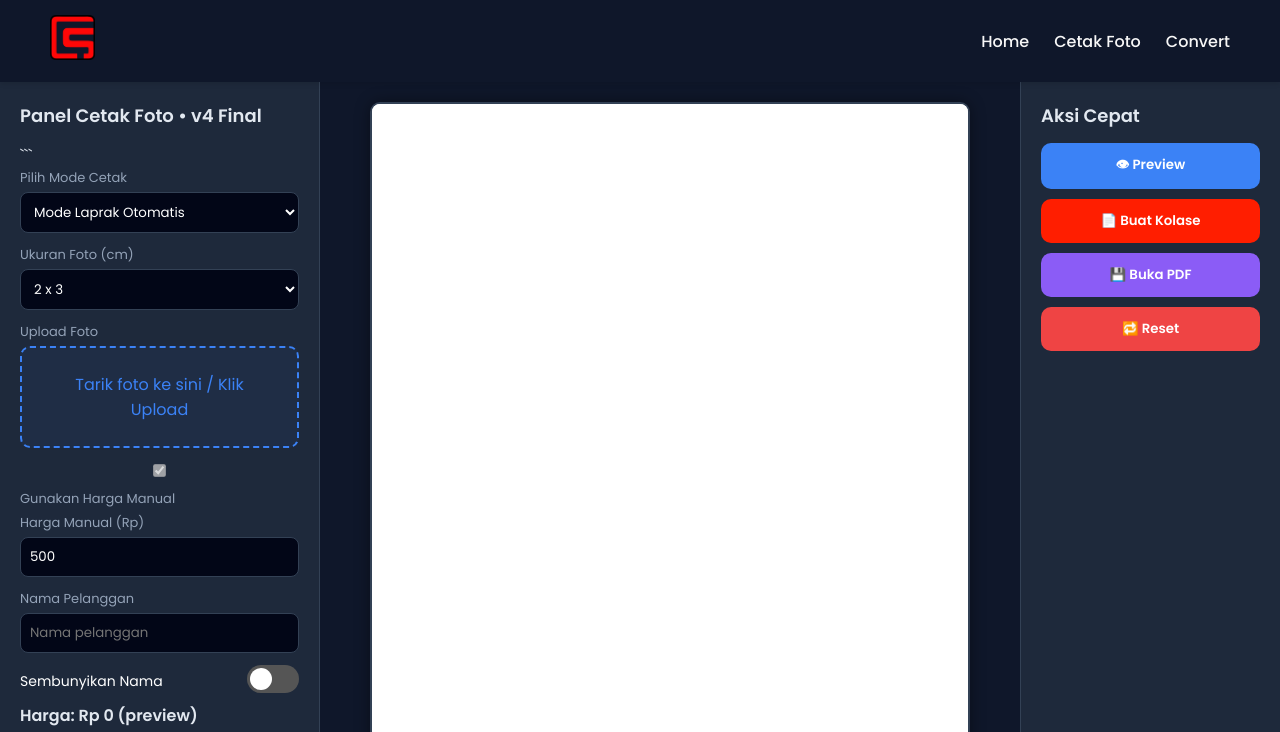
Repository: procinema22/hiisedulurfc
Page: cetakfoto.html
An editor plug-in stored every save of this project. The page is shown before and after the next save, followed by the edit.
The browser window is 1280 px wide. The pictures show the whole page.
An inner scrolling area shows only its first screen.

Above is the page before, as saved 2026-04-27 22:22:41.

### cetakfoto.html
<!DOCTYPE html>

<html lang="id">
<head>
<meta charset="UTF-8">
<meta name="viewport" content="width=device-width, initial-scale=1.0">
<title>SEDULUR FOTO COPY – Cetak Foto</title>
<link rel="icon" type="image/png" href="img/loggo/sdlr.png">
<link href="https://fonts.googleapis.com/css2?family=Poppins:wght@400;500;600;700&display=swap" rel="stylesheet">
<link rel="stylesheet" href="css/cetak.css">
<script src="https://cdn.jsdelivr.net/npm/exif-js"></script>
<script src="https://cdnjs.cloudflare.com/ajax/libs/jspdf/2.5.1/jspdf.umd.min.js"></script>
</head>
<body>
<header>
  <div class="logo"><a href="index.html"><img src="img/loggo/sdlr.png" alt="Sedulur Foto Copy"></a></div>
  <nav>
    <ul>
      <li><a href="index.html">Home</a></li>
      <li><a href="cetakfoto.html" class="active">Cetak Foto</a></li>
      <li><a href="convert-image.html">Convert</a></li>
    </ul>
  </nav>
</header>
<div class="layout">
  <aside class="left-panel">
    <h2 class="section-title">Panel Cetak Foto • v4 Final</h2>

```
<label>Pilih Mode Cetak</label>
<select id="modeSelect">
  <option value="normal">Mode Laprak Otomatis</option>
  <option value="perfoto">Mode Pas Foto</option>
  <option value="circle">Mode Lingkaran</option>
</select>

<div id="circleControls" style="display:none;">
  <label>Diameter Lingkaran (cm)</label>
  <input id="circleDiameter" type="number" value="4">
</div>

<label>Ukuran Foto (cm)</label>
<select id="sizeSelect">
  <option value="2x3">2 x 3</option>
  <option value="3x4">3 x 4</option>
  <option value="4x6">4 x 6</option>
  <option value="5x5">5 x 5</option>
  <option value="6x9">6 x 9</option>
  <option value="10x15">10 x 15</option>
  <option value="custom">Custom</option>
</select>

<div id="customSize" style="display:none; gap:10px;">
  <input id="customW" type="number" placeholder="Lebar (cm)">
  <input id="customH" type="number" placeholder="Tinggi (cm)">
</div>

<label>Upload Foto</label>
<div id="dropArea" class="drop-area">Tarik foto ke sini / Klik Upload</div>
<input id="upload" type="file" multiple accept="image/*" hidden>

<label class="inline-check"><input type="checkbox" id="manualHargaCheckbox"> Gunakan Harga Manual</label>

<div id="manualHargaBox" style="display:none;">
  <label>Harga Manual (Rp)</label>
  <input id="manualHargaInput" type="number" value="500" min="500" step="500">
</div>

<label>Nama Pelanggan</label>
<input id="userName" type="text" placeholder="Nama pelanggan">


<div class="switch-wrap">
  <span>Sembunyikan Nama</span>
  <label class="switch">
    <input type="checkbox" id="hideInfo">
    <span class="slider"></span>
  </label>
</div>

<div class="price" id="priceDisplay">Harga: Rp 0</div>
<div id="batchList"></div>

<div class="accordion">

  <button type="button" class="accordion-btn" onclick="toggleMargin()">
    Margin Kertas ▼
  </button>

  <div id="marginSection" class="accordion-content">

    <label>Margin Atas (mm)</label>
    <input id="marginTop" type="number" value="5">

    <label>Margin Bawah (mm)</label>
    <input id="marginBottom" type="number" value="5">

    <label>Margin Kiri (mm)</label>
    <input id="marginLeft" type="number" value="5">

    <label>Margin Kanan (mm)</label>
    <input id="marginRight" type="number" value="5">

    <label>Gap antar foto (px)</label>
    <input id="gap" type="number" value="5">

  </div>

</div>




<label class="inline-check"><input type="checkbox" checked disabled> Hubungi admin untuk menghilangkan watermark</label>
```

  </aside>

  <section class="center-panel">
    <canvas id="canvas" width="1240" height="1754"></canvas>
    <div class="page-nav" id="pageNav" style="display:none;">
      <button id="prevPage">⬅</button>
      <div id="pageIndicator">Halaman 1 / 1</div>
      <button id="nextPage">➡</button>
    </div>
  </section>

  <aside class="right-panel">
    <h2 class="section-title">Aksi Cepat</h2>
    <button id="previewBtn" class="btn blue">👁 Preview</button>
    <button id="generateBtn" class="btn green">📄 Buat Kolase</button>
    <button id="downloadPdf" class="btn purple">💾 Buka PDF</button>
    <button id="reset" class="btn red">🔁 Reset</button>
  </aside>
</div>
<div id="loadingOverlay"><div class="loader"></div><p>Memproses... tunggu sebentar ya</p></div>
<div id="toast"></div>
<script src="js/script.js"></script>
</body>
</html>

### css/cetak.css
/* ============ ROOT & GLOBAL ============ */
:root {
    --bg: #0f172a;
    --card: #1e293b;
    --border: #334155;
    --text: #e2e8f0;
    --muted: #94a3b8;
    --blue: #3b82f6;
    --green: #ff1e00;
    --purple: #8b5cf6;
    --red: #ef4444;
    --shadow: rgba(0,0,0,.4);
  }

  *{
    margin:0;
    padding:0;
    box-sizing:border-box;
    font-family:"Poppins",sans-serif;
  }

  body{
    background:var(--bg);
    color:var(--text);
    overflow-x:hidden;
  }

  /* ===============================
   NAVBAR
================================ */
header {
  display: flex;
  align-items: center;
  justify-content: space-between;
  padding: 15px 50px;
  background-color: var(--bg);
  box-shadow: 0 2px 5px rgba(0,0,0,0.1);
  position: sticky;
  top: 0;
  z-index: 100;
}

.logo {
  display: flex;
  align-items: center;
  gap: 10px;
}

.logo img {
  height: 45px;
  width: auto;
}

nav ul {
  list-style: none;
  display: flex;
  gap: 25px;
}

nav a {
  text-decoration: none;
  color: #f7f7f7;
  font-weight: 500;
}

nav a:hover {
  color: #b70d0d;
}

.search-box {
  display: flex;
  border: 1px solid #ddd;
  border-radius: 25px;
  overflow: hidden;
  width: 260px;
}

.search-box input {
  border: none;
  padding: 8px 15px;
  width: 100%;
  outline: none;
}

.search-box button {
  background: #b70d0d;
  color: rgb(0, 0, 0);
  border: none;
  padding: 8px 15px;
  cursor: pointer;
}

  /* ============ LAYOUT ============ */
  .layout{
    display:grid;
    grid-template-columns:320px 1fr 260px;
    height:calc(100vh - 70px);
  }

  /* ============ LEFT PANEL ============ */
  .left-panel{
    background:var(--card);
    padding:20px;
    border-right:1px solid var(--border);
    overflow-y:auto;
  }

  .left-panel label{
    font-size:13px;
    color:var(--muted);
    margin-bottom:4px;
    display:block;
  }

  .left-panel input,
  .left-panel select{
    width:100%;
    padding:9px;
    border-radius:8px;
    border:1px solid var(--border);
    background:#020617;
    color:white;
    margin-bottom:12px;
  }

  .section-title{
    font-size:18px;
    font-weight:600;
    margin-bottom:14px;
  }

  /* DROP AREA */
  .drop-area{
    border:2px dashed var(--blue);
    padding:24px;
    text-align:center;
    border-radius:10px;
    color:var(--blue);
    background:rgba(59,130,246,.05);
    cursor:pointer;
    margin-bottom:15px;
  }

  .drop-area:hover{
    background:rgba(59,130,246,.15);
  }

  /* PRICE */
  .price{
    font-size:16px;
    font-weight:600;
    margin-top:6px;
  }

  /* ============ CENTER PANEL ============ */
  .center-panel{
    padding:20px;
    display:flex;
    flex-direction:column;
    align-items:center;
    overflow-y:auto;
  }

  canvas{
    width:100%;
    max-width:600px;
    background:white;
    border-radius:10px;
    border:2px solid var(--border);
    box-shadow:0 0 15px var(--shadow);
  }

  /* PAGE NAV */
  .page-nav{
    display:flex;
    gap:14px;
    margin-top:12px;
  }

  .page-nav button{
    padding:8px 14px;
    border:none;
    border-radius:8px;
    background:var(--blue);
    color:white;
    cursor:pointer;
  }

  /* ============ RIGHT PANEL ============ */
  .right-panel{
    background:var(--card);
    padding:20px;
    border-left:1px solid var(--border);
    overflow-y:auto;
  }

  .btn{
    width:100%;
    padding:12px;
    border:none;
    border-radius:10px;
    font-weight:600;
    cursor:pointer;
    margin-bottom:10px;
    color:white;
  }

  .blue{background:var(--blue)}
  .green{background:var(--green)}
  .purple{background:var(--purple)}
  .red{background:var(--red)}

  /* ============ LOADER & TOAST ============ */
  #loadingOverlay{
    position:fixed;
    inset:0;
    background:rgba(0,0,0,.7);
    display:none;
    flex-direction:column;
    justify-content:center;
    align-items:center;
    z-index:9999;
  }

  .loader{
    width:60px;
    height:60px;
    border-radius:50%;
    border:6px solid #fff;
    border-top:6px solid var(--blue);
    animation:spin 1s linear infinite;
  }

  @keyframes spin{
    to{transform:rotate(360deg)}
  }

  #toast{
    position:fixed;
    bottom:20px;
    right:20px;
    padding:12px 18px;
    background:var(--card);
    border-left:5px solid var(--blue);
    border-radius:10px;
    opacity:0;
    transition:.3s;
    z-index:10000;
  }

  #toast.show{
    opacity:1;
    transform:translateY(-6px);
  }

  /* ============ PRINT A4 MODE ============ */
  @media print{
    header,
    .left-panel,
    .right-panel,
    .page-nav,
    #toast,
    #loadingOverlay{
      display:none !important;
    }

    body{
      background:white;
      overflow:visible;
    }

    .layout{
      display:block;
      height:auto;
    }

    canvas{
      width:210mm !important;
      height:297mm !important;
      max-width:none;
      border:none;
      box-shadow:none;
      border-radius:0;
    }
  }

  @page{
    size:A4;
    margin:10mm;
  }
  .btn-logout {
    background: #e53935;
    color: #fff;
    border: none;
    padding: 8px 14px;
    border-radius: 6px;
    cursor: pointer;
    font-weight: 600;
  }

  .btn-logout:hover {
    background: #c62828;
  }
  .switch-wrap{
    display:flex;
    align-items:center;
    justify-content:space-between;
    gap:12px;
    color:#fff;
    font-size:14px;
  }

  .switch{
    position:relative;
    display:inline-block;
    width:52px;
    height:28px;
  }

  .switch input{
    opacity:0;
    width:0;
    height:0;
  }

  .slider{
    position:absolute;
    inset:0;
    background:#555;
    border-radius:50px;
    transition:.3s;
    cursor:pointer;
  }

  .slider:before{
    content:"";
    position:absolute;
    width:22px;
    height:22px;
    left:3px;
    top:3px;
    background:white;
    border-radius:50%;
    transition:.3s;
  }

  .switch input:checked + .slider{
    background:#22c55e;
  }

  .switch input:checked + .slider:before{
    transform:translateX(24px);
  }
  .panel-box{
    background: linear-gradient(180deg,#18253d,#101827);
    border:1px solid rgba(255,255,255,.08);
    border-radius:18px;
    padding:18px;
    box-shadow:0 12px 30px rgba(0,0,0,.25);
  }

  .panel-box h3{
    font-size:18px;
    font-weight:700;
    color:#fff;
    margin-bottom:16px;
  }

  .group{
    margin-bottom:18px;
  }

  .group label{
    display:block;
    font-size:13px;
    color:#9fb3d9;
    margin-bottom:8px;
    font-weight:500;
  }

  .group input,
  .group select{
    width:100%;
    height:48px;
    border:none;
    outline:none;
    border-radius:14px;
    background:#06101f;
    color:#fff;
    padding:0 14px;
    font-size:16px;
    transition:.25s;
  }

  .group input:focus,
  .group select:focus{
    box-shadow:0 0 0 2px #3b82f6;
    transform:translateY(-1px);
  }

  .price-box{
    background:linear-gradient(90deg,#2563eb,#1d4ed8);
    padding:14px;
    border-radius:14px;
    color:#fff;
    font-weight:700;
    font-size:22px;
    text-align:center;
    margin:14px 0;
  }

  .divider{
    height:1px;
    background:rgba(255,255,255,.07);
    margin:18px 0;
  }
  .accordion-btn{
    width:100%;
    height:46px;
    border:none;
    border-radius:14px;
    background:#111827;
    color:#fff;
    font-weight:700;
    cursor:pointer;
    margin-top:14px;
  }

  .accordion-content{
    display:none;
    padding-top:12px;
  }

  .accordion-content.show{
    display:block;
  }

Loaded but not shown: js/script.js (1148 lines, source omitted)

After the next save:
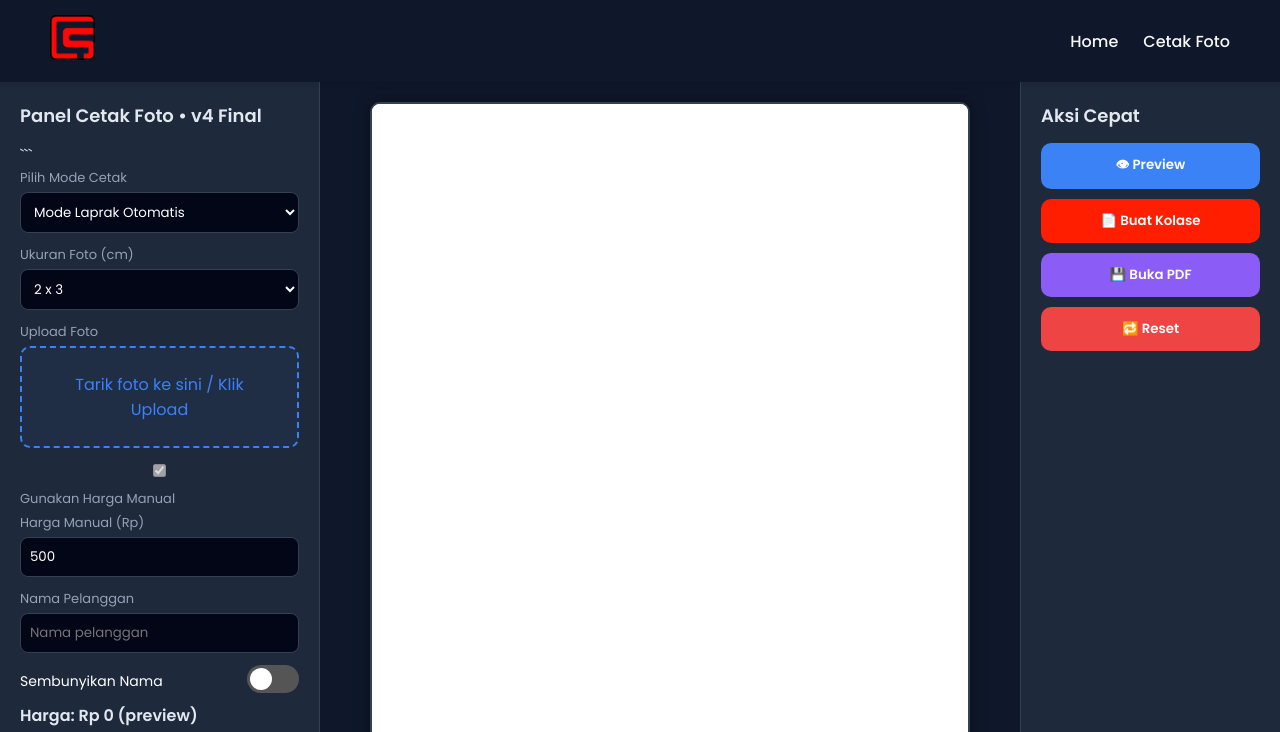
Saved 9 h 44 min later.
--- a/cetakfoto.html
+++ b/cetakfoto.html
@@ -18,8 +18,7 @@
     <ul>
       <li><a href="index.html">Home</a></li>
       <li><a href="cetakfoto.html" class="active">Cetak Foto</a></li>
-      <li><a href="convert-image.html">Convert</a></li>
-    </ul>
+         </ul>
   </nav>
 </header>
 <div class="layout">
